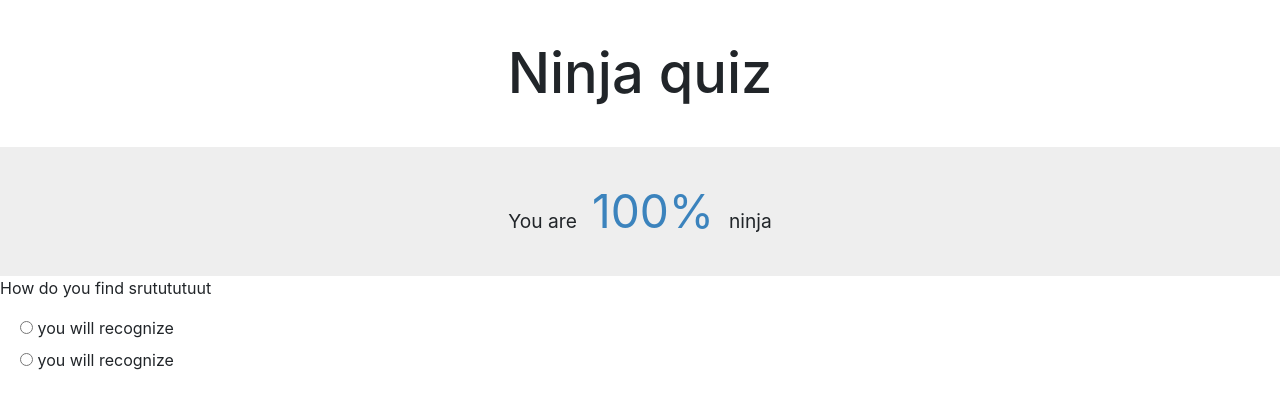
Repository: ajgors/config
Page: Nauka Js/Projekty/Quiz/index.html
An editor plug-in stored every save of this project. The page is shown before and after the next save, followed by the edit.
The browser window is 1280 px wide. The pictures show the whole page.

Above is the page before, as saved 2019-08-11 18:29:14.
Console error: TypeError: Cannot read properties of null (reading 'addEventListener')

### Nauka Js/Projekty/Quiz/index.html
<!DOCTYPE html>
<html lang="en">

<head>
    <meta charset="UTF-8">
    <meta name="viewport" content="width=device-width, initial-scale=1.0">
    <meta http-equiv="X-UA-Compatible" content="ie=edge">
    <title>Document</title>
    <link rel="stylesheet" href="https://stackpath.bootstrapcdn.com/bootstrap/4.3.1/css/bootstrap.min.css"
        integrity="sha384-ggOyR0iXCbMQv3Xipma34MD+dH/1fQ784/j6cY/iJTQUOhcWr7x9JvoRxT2MZw1T" crossorigin="anonymous">
        <link rel="stylesheet" href="css.css">
</head>

<body>
    <!-- Header -->
    <!-- <div class="intro py-3 bg-white text-center">
        <div class="container">
            <h2 class="text-primary display-3 my-4">Ninja Quiz</h2>
        </div>
    </div> -->

    <header class="header">
        <h1 class="header__title">Ninja quiz</h1>
    </header>

    <!-- Result -->
    <!-- <div class="result py-4  bg-light text-center">
        <div class="container lead">
            <p>You are <span class="text-primary display-4 p-3">110%</span>Ninja</p>
        </div>
    </div> -->

    <div class="result">
        <p class="result__paragraph">You are<span class="result__span">100%</span>ninja</p>
    </div>

    <!-- Form -->
    <!-- <div class="quiz py-4 bg-primary">
        <div class="container">
            <h2 class="my-5 text-white">On with the question...</h2>
            <form action="" class="quiz-form text-light">
                <div class="my-5">
                    <p class="lead font-weight-normal">1. How do you give a ninja directions</p>
                    <div class="form-check my-2 text-white-50">
                        <input type="radio" name='q1' value='A' checked>
                        <label for="" class="form-check-label">Show them map</label>
                    </div>
                    <div class="form-check my-2 text-white-50">
                        <input type="radio" name='q1' value='B'>
                        <label for="" class="form-check-label">Don't worry a ninja will find you</label>
                    </div>
                </div>
                <div class="my-5">
                    <p class="lead font-weight-normal">2 asdfasdfad fafasfasdfadffasdsf</p>
                    <div class="form-check my-2 text-white-50">
                        <input type="radio" name='q2' value='A' checked>
                        <label for="" class="form-check-label">1.apple</label>
                    </div>
                    <div class="form-check my-2 text-white-50">
                        <input type="radio" name='q2' value='B'>
                        <label for="" class="form-check-label">3.apple</label>
                    </div>
                </div>
                <div class="my-5">
                    <p class="lead font-weight-normal">3. how do you tknow if you met a ninja</p>
                    <div class="form-check my-2 text-white-50">
                        <input type="radio" name='q3' value='A' checked>
                        <label for="" class="form-check-label">youll recognize a outfit</label>
                    </div>
                    <div class="form-check my-2 text-white-50">
                        <input type="radio" name='q3' value='B'>
                        <label for="" class="form-check-label">the grim reaper wil tell you</label>
                    </div>
                </div>
                <div class="my-5">
                    <p class="lead font-weight-normal">4 what is a ninjas favourite array method</p>
                    <div class="form-check my-2 text-white-50">
                        <input type="radio" name='q4' value='A' checked>
                        <label for="" class="form-check-label">forEach()</label>
                    </div>
                    <div class="form-check my-2 text-white-50">
                        <input type="radio" name='q4' value='B'>
                        <label for="" class="form-check-label">slice()</label>
                    </div>
                </div>
                <div class="text-center">
                    <input type="submit" class='btn btn-light'>
                </div>
            </form>
        </div> -->

<div class="quiz">
    <form action="quiz-form">
        <div class="">
            <p>How do you find srutututuut</p>
            <div class="form-check">
                <input type="radio" name="q1" value="A" id="">
                <label for=""> you will recognize </label>
            </div>
            <div class="form-check">
                    <input type="radio" name="q1" value="B" id="">
                    <label for=""> you will recognize </label>
                </div>
        </div>
    </form>
</div>

    </div>

    <script src="js.js"></script>
</body>

</html>

### Nauka Js/Projekty/Quiz/css.css
*{
    margin: 0;
    padding: 0;
}

.header__title{
    text-align: center;
    margin:  40px auto;
    font-size: 3.5em;
}

.result{
    background-color: #eee;
}
.result__paragraph{
    text-align: center;
    padding: 30px;
    margin: 0;
    font-size: 1.2em
}
.result__span{
    font-size: 2.4em;
    padding: 15px;
    color:#3b83bd;
}

### Nauka Js/Projekty/Quiz/js.js




const form = document.querySelector('.quiz-form');
const result = document.querySelector('.result');
const correctAnswers = ['B','B','B','B'];
const spanResult = document.querySelector('span');

form.addEventListener('submit', e=>{
    e.preventDefault();

    //check answer
    let score = 0;
    const userAnswers = [form.q1.value, form.q2.value, form.q3.value, form.q4.value];

    userAnswers.forEach((answer, index) =>{
        if(answer === correctAnswers[index]){
            score += 25;
        }
    });

    scrollTo(0,0)
    result.classList.remove('d-none');
    // spanResult.textContent = `${score}%`

    let output = 0;
    const timer = setInterval(()=>{
        spanResult.textContent = `${output}%`
        if(output === score){
            clearInterval(timer);
        } else {
            output++;
        }
    })


})

After the next save:
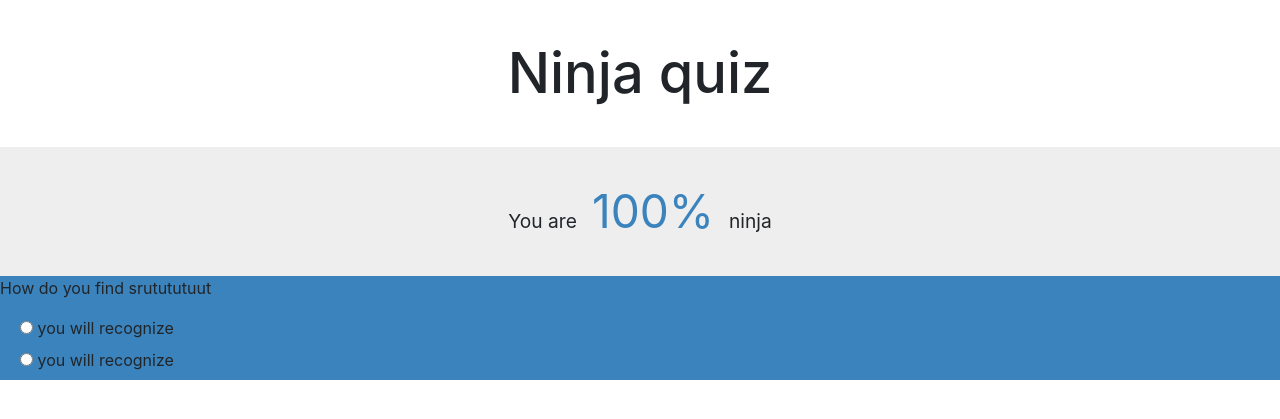
Saved 30 s later.
--- a/Nauka Js/Projekty/Quiz/css.css
+++ b/Nauka Js/Projekty/Quiz/css.css
@@ -23,3 +23,7 @@
     padding: 15px;
     color:#3b83bd;
 }
+
+.quiz{
+    background-color: #3b83bd;
+}
